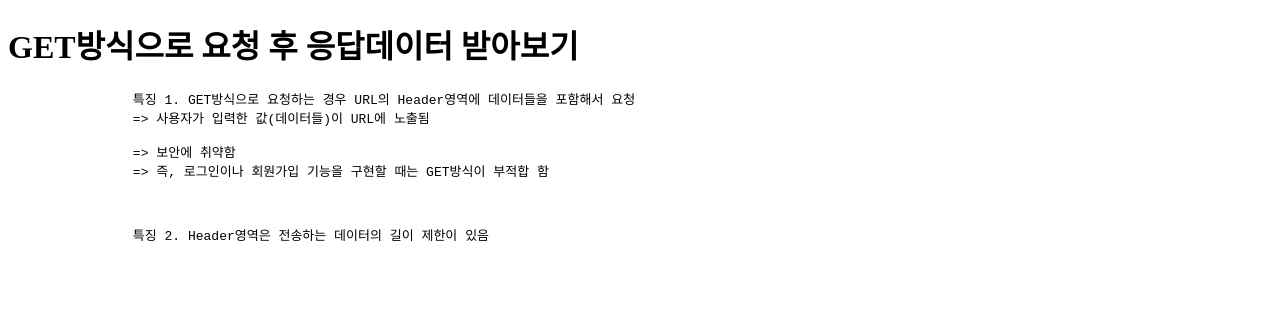
Repository: Rostreaca/0922_Web
Page: MyFirstWebProject/src/main/webapp/views/request_get.html
These files come from the project's save history. The page is drawn as it stood at one moment and after the next save; the edit follows.
The browser window is 1280 px wide. The pictures show the whole page.

Above is the page before, as saved 2025-09-22 07:40:27.

### MyFirstWebProject/src/main/webapp/views/request_get.html
<!DOCTYPE html>
<html>
<head>
<meta charset="UTF-8">
<title>Get 방식 요청 테스트</title>
<style>
	ul {
		list-style : none;
		line-height : 200%;
	}
</style>
</head>
<body>
	<h1>GET방식으로 요청 후 응답데이터 받아보기</h1>

	<pre>
		특징 1. GET방식으로 요청하는 경우 URL의 Header영역에 데이터들을 포함해서 요청
		=> 사용자가 입력한 값(데이터들)이 URL에 노출됨 <br>
		=> 보안에 취약함
		=> 즉, 로그인이나 회원가입 기능을 구현할 때는 GET방식이 부적합 함 <br><br>

		특징 2. Header영역은 전송하는 데이터의 길이 제한이 있음 <br>

	</pre>









</body>
</html>

After the next save:
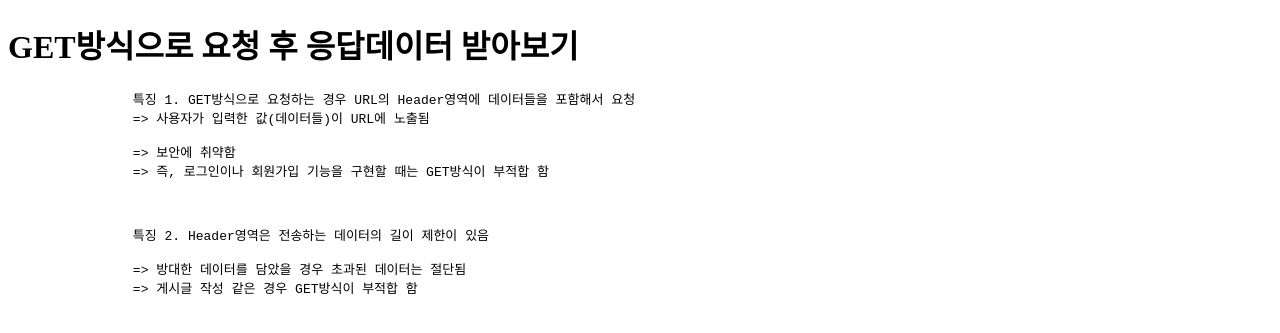
Saved 84 s later.
--- a/MyFirstWebProject/src/main/webapp/views/request_get.html
+++ b/MyFirstWebProject/src/main/webapp/views/request_get.html
@@ -20,6 +20,8 @@
 		=> 즉, 로그인이나 회원가입 기능을 구현할 때는 GET방식이 부적합 함 <br><br>
 
 		특징 2. Header영역은 전송하는 데이터의 길이 제한이 있음 <br>
+		=> 방대한 데이터를 담았을 경우 초과된 데이터는 절단됨
+		=> 게시글 작성 같은 경우 GET방식이 부적합 함
 
 	</pre>
 
